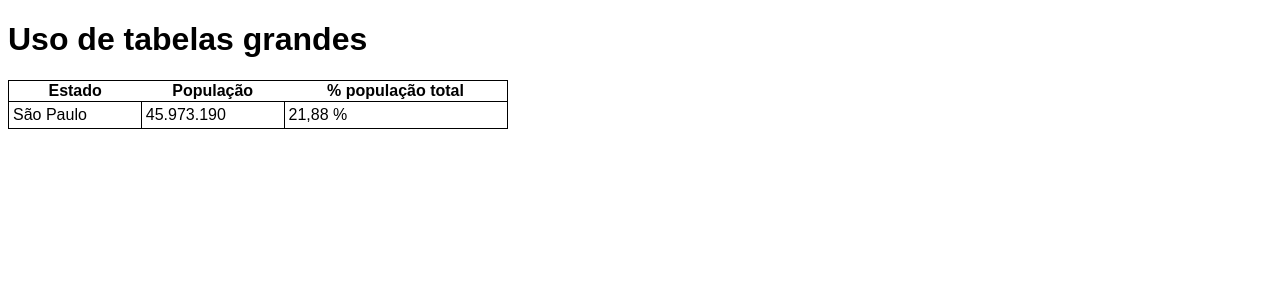
Repository: railsondev/html-css
Page: Módulo3/Exercicios/Ex02 - Tabelas/tabela002.html
An editor plug-in stored every save of this project. The page is shown before and after the next save, followed by the edit.
The browser window is 1280 px wide. The pictures show the whole page.

Above is the page before, as saved 2024-10-18 18:03:35.

After the next save:
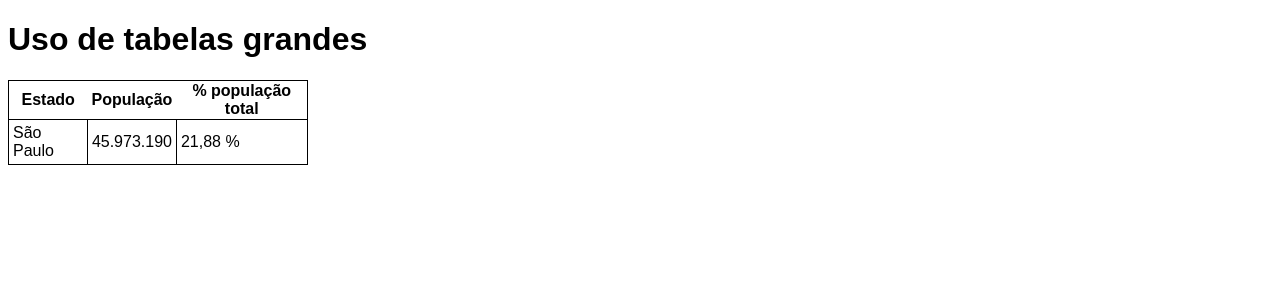
Saved 7 s later.
--- a/Módulo3/Exercicios/Ex02 - Tabelas/src/css/estilo01.css
+++ b/Módulo3/Exercicios/Ex02 - Tabelas/src/css/estilo01.css
@@ -8,7 +8,7 @@ body {
 }
 
 table {
-  width: 500px;
+  width: 300px;
   border-collapse: collapse;
 }
 td, tr {
